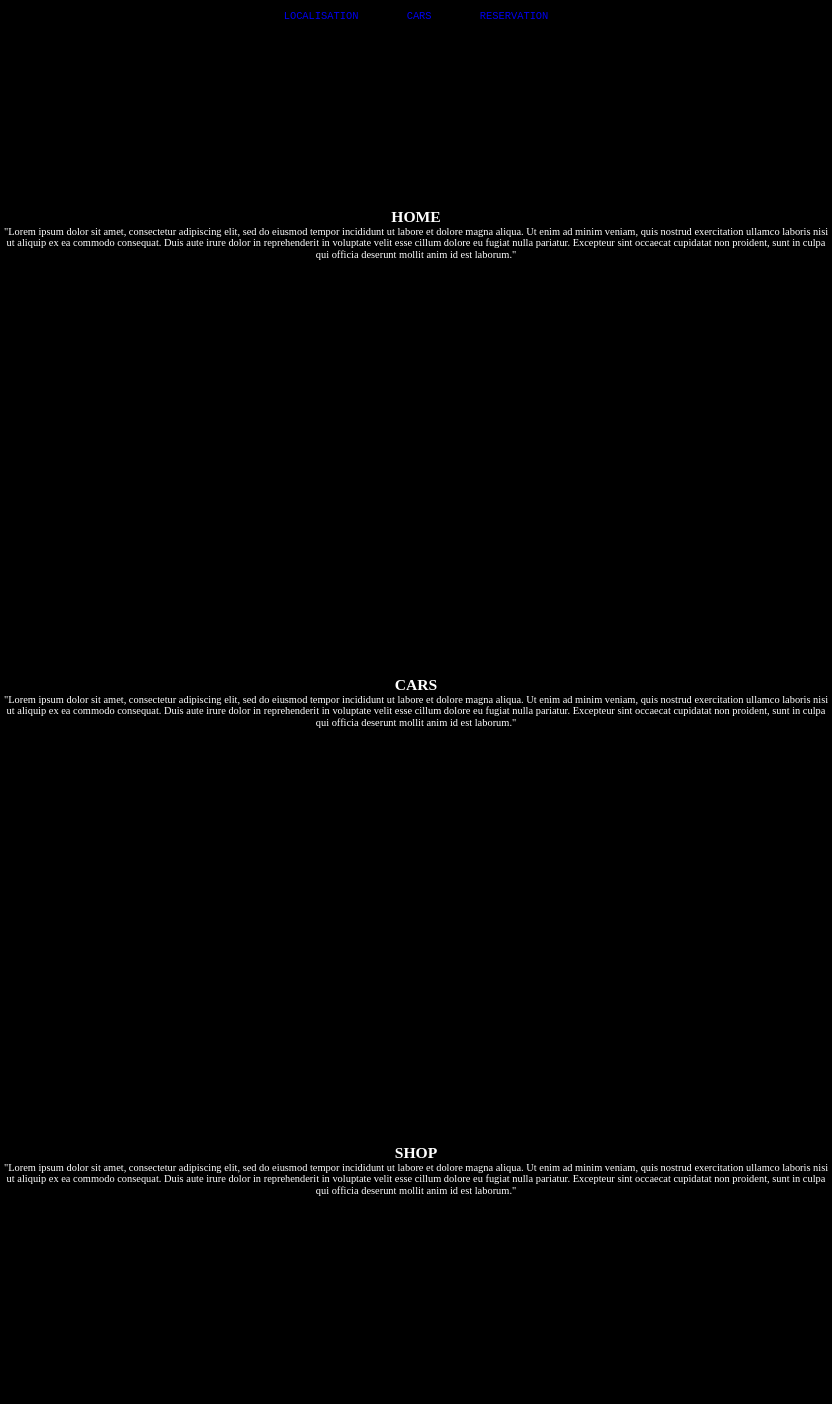
Repository: romgrm/jenaipasdevoiture
Page: src/main/java/fr/romgrm/index.html
The author's editor kept a copy of each file at every save. The page is drawn from the files as they stood at one save, then again after the next save.
The browser window is 1280 px wide. The pictures show the whole page, at 65% of full size.

Above is the page before, as saved 2020-10-15 18:57:36.

After the next save:
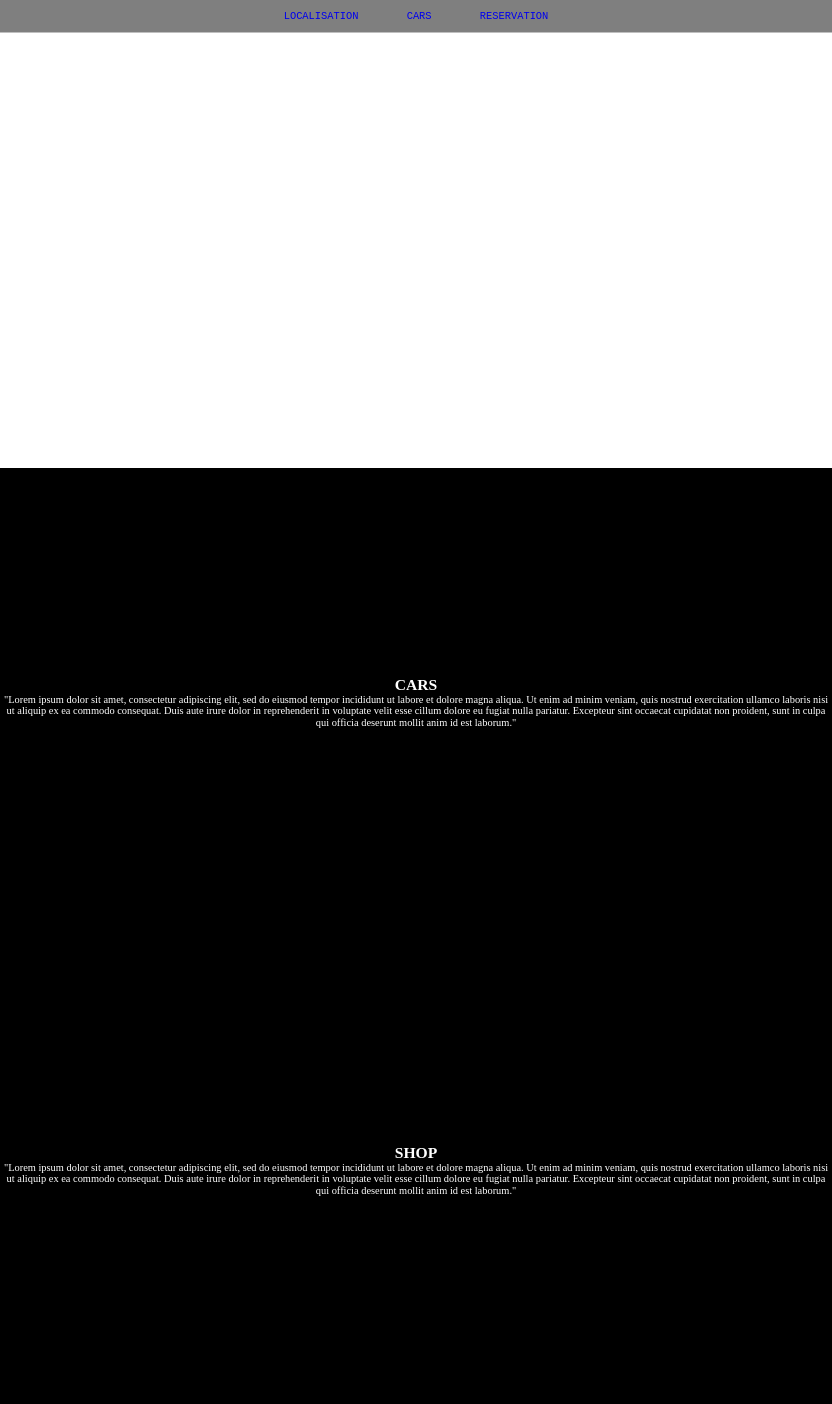
Saved 21 s later.
--- a/src/main/java/fr/romgrm/style.css
+++ b/src/main/java/fr/romgrm/style.css
@@ -70,7 +70,7 @@
 
 
 #LOCALISATION{
-    background-color: black;
+
     margin: 0;
     padding: 0;
     background: url('https://img2.freepng.fr/20180205/cjw/kisspng-tesla-model-s-tesla-motors-car-tesla-model-x-tesla-png-transparent-picture-5a7806ea8fe370.7235418715178155305894.jpg')

After the save that followed:
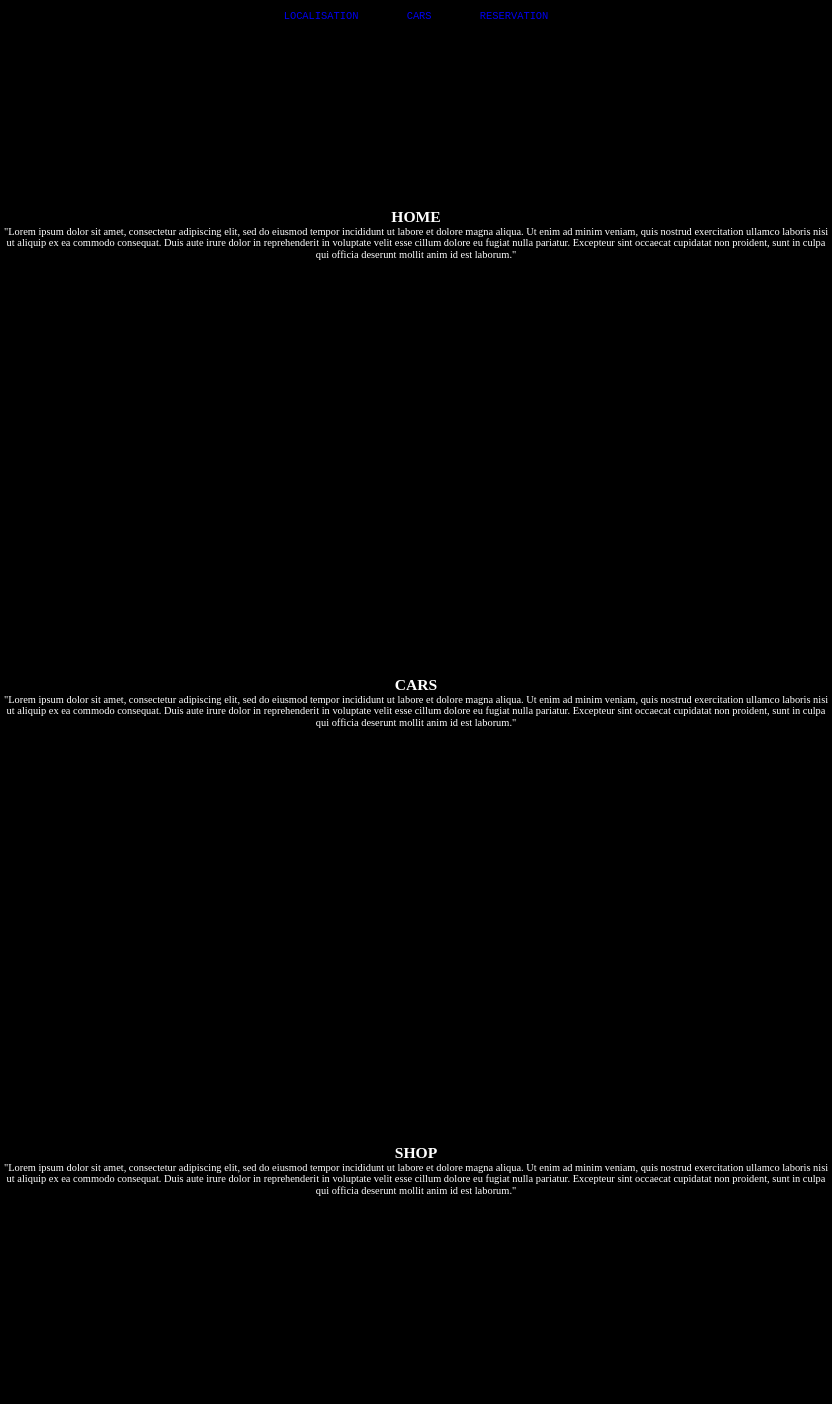
Saved 6 s later.
--- a/src/main/java/fr/romgrm/style.css
+++ b/src/main/java/fr/romgrm/style.css
@@ -70,7 +70,7 @@
 
 
 #LOCALISATION{
-
+    background-color: black;
     margin: 0;
     padding: 0;
     background: url('https://img2.freepng.fr/20180205/cjw/kisspng-tesla-model-s-tesla-motors-car-tesla-model-x-tesla-png-transparent-picture-5a7806ea8fe370.7235418715178155305894.jpg')
